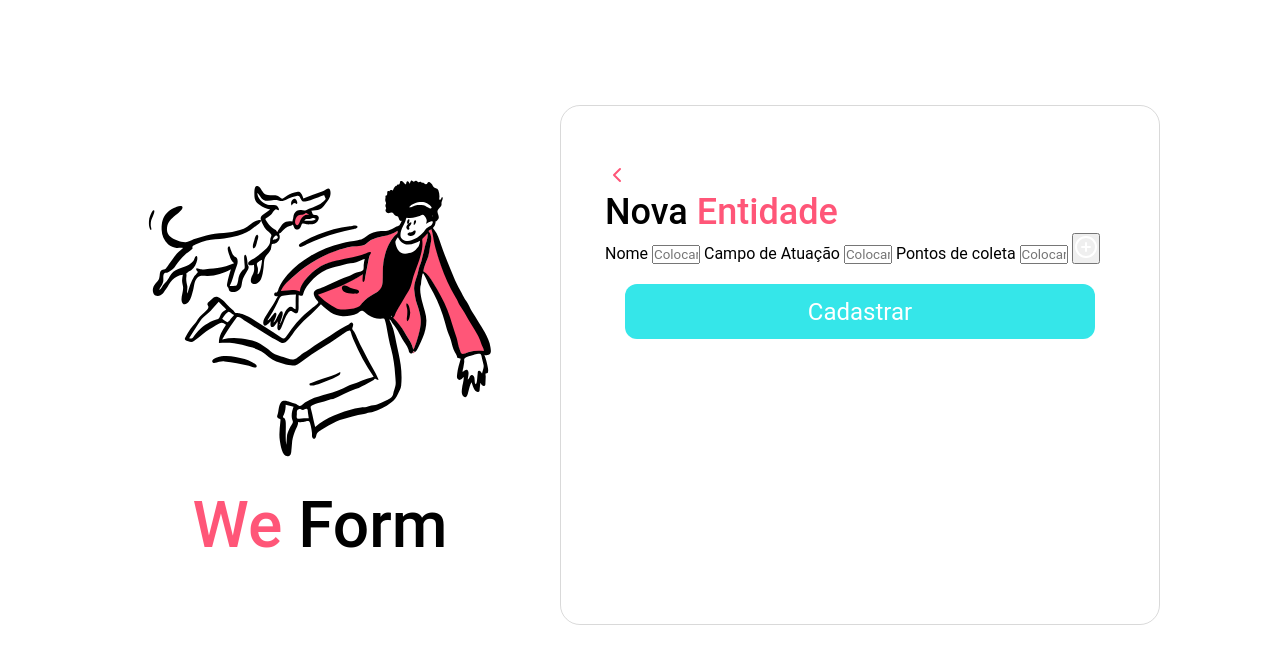
Repository: guilhermecardoso93/we-form
Page: nova-entidade.html
The author's editor kept a copy of each file at every save. The page is drawn from the files as they stood at one save, then again after the next save.
The browser window is 1280 px wide. The pictures show the whole page.
Some web libraries are served in a nearby version.

Above is the page before, as saved 2024-06-09 18:05:11.

### nova-entidade.html
<!DOCTYPE html>
<html lang="pt-BR">

<head>
    <meta charset="UTF-8">
    <meta name="viewport" content="width=device-width, initial-scale=1.0">
    <link rel="stylesheet" href="https://cdnjs.cloudflare.com/ajax/libs/font-awesome/5.13.1/css/all.min.css">
    <link rel="stylesheet" href="./styles.css">
    <title>We Form</title>
</head>

<body>
    <div class="content">

        <aside>
            <img src="./assets/hero.svg" alt="Ilustração mulher com cachorro" />
            <h1>
                <span>We</span> Form
            </h1>
        </aside>

        <main>
            <a href="/">
                <img src="./assets/arrow-back.svg" alt="seta" />
            </a href="/">
            <h2>Nova <span>Entidade</span></h2>
            <form>
                <label form="nome">Nome</label>
                <input type="text" placeholder="Colocar nome da Entidade" id="nome">

                <label form="field">Campo de Atuação</label>
                <input type="text" placeholder="Colocar o campo de Atuação da Entidade" id="field">

                <label form="points">Pontos de coleta</label>
                <input type="text" placeholder="Colocar nome da Entidade" id="points">
                <button>
                    <img src="./assets/plus.svg" alt="" />
                </button>
            </form>
            <div class="buttons">
                <button>
                <a href="http://">Cadastrar </a>
            </div>

        </main>
    </div>
</body>

</html>

### styles.css
* {
  padding: 0;
  margin: 0;
  box-sizing: border-box;
  font-family: Roboto, sans-serif;
}

:root {
  font-size: 62.5%;
}

body {
  font-size: 1.6rem;
  text-decoration: none;
}

.content {
 display: flex;
 flex-wrap: wrap-reverse;
 align-items: center;
 justify-content:center;
 gap: 4rem;
 margin: 10.5rem 0 4rem 0;
}


aside {
  display: flex;
  flex-direction: column;
  align-items: center;
  justify-content: center;
  gap: 2rem;
}

aside h1 {
  font-size: 6.4rem;
  font-weight: 500;
  line-height: 75px;
}

aside h1>span, main h2>span {
  color: #FF5678;
}

aside img {
  width: 40rem;
}


main {
  width: 60rem;
  height: 52rem;
  border: 1px solid rgba(0, 0, 0, 0.15);
  border-radius: 20px;
  padding: 5.7rem 4.4rem;
}

main h2 {
  max-width: 43rem;
  font-size: 3.6rem;
  font-weight: 500;
}

.buttons {
  display: flex;
  flex-direction: column;
  justify-content: center;
  gap: 3.5rem;
  margin: 2rem;
}


.buttons button {
  background-color: #35e6e9;
  height: 5.5rem;
  border: none;
  border-radius: 12px;
}

.buttons button:hover {
  opacity: 0.5;
}

.buttons button a {
  text-decoration: none;
  color: #fff;
  font-size: 2.4rem;
}

.buttons button+button {
  background-color: #FF5678;
}

.footer {
  display: flex;
  flex-direction: column;
  align-items: center;
  justify-content: center;
  gap: 1rem;
}

.footer p {
  font-size: 1.6rem;
  margin-top: 8rem;
}

.footer a {
  font-size: 1.2rem;
  color: #000;
  text-decoration: none;
}


main form input {
  width: 4.8rem;
}

### assets/arrow-back.svg
<svg xmlns="http://www.w3.org/2000/svg" width="24" height="24" viewBox="0 0 24 24" fill="none" stroke="#FF5678" stroke-width="2" stroke-linecap="round" stroke-linejoin="round" class="lucide lucide-chevron-left"><path d="m15 18-6-6 6-6"/></svg>

### assets/plus.svg
<svg xmlns="http://www.w3.org/2000/svg" width="24" height="24" viewBox="0 0 24 24" fill="none" stroke="#fff" stroke-width="2" stroke-linecap="round" stroke-linejoin="round" class="lucide lucide-circle-plus"><circle cx="12" cy="12" r="10"/><path d="M8 12h8"/><path d="M12 8v8"/></svg>

After the next save:
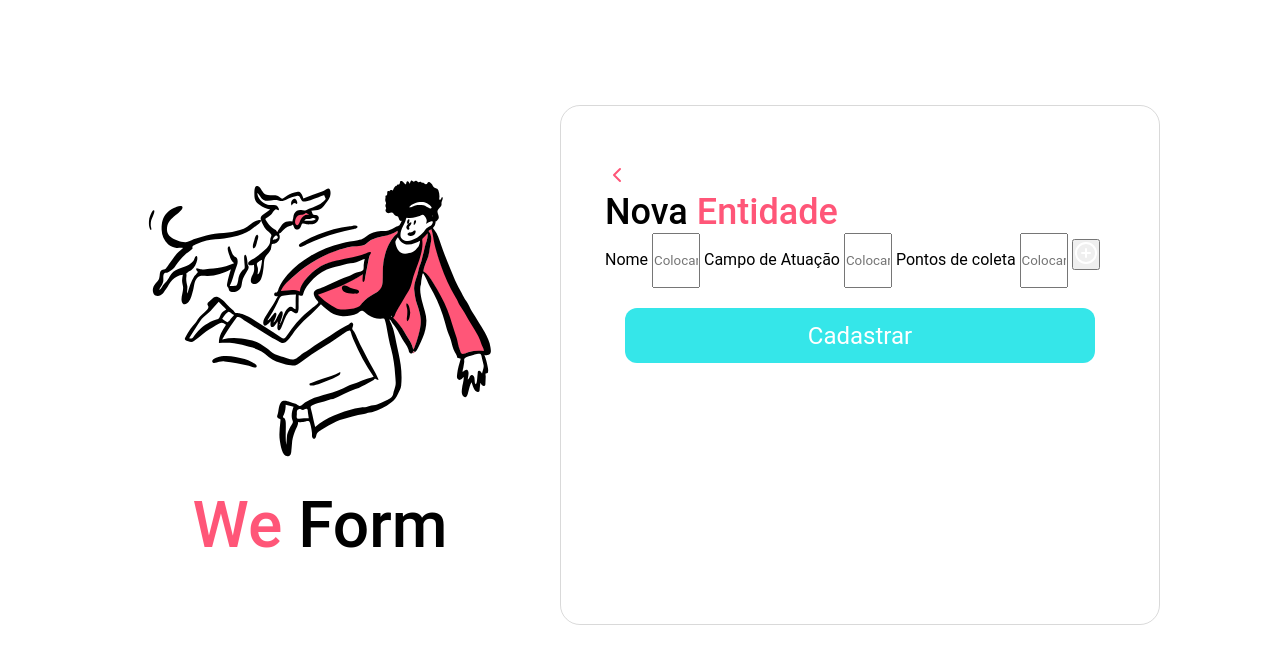
Saved 25 s later.
--- a/styles.css
+++ b/styles.css
@@ -113,4 +113,6 @@ main h2 {
 
 main form input {
   width: 4.8rem;
+height: 5.5rem;
+left: 5.43rem;
 }
